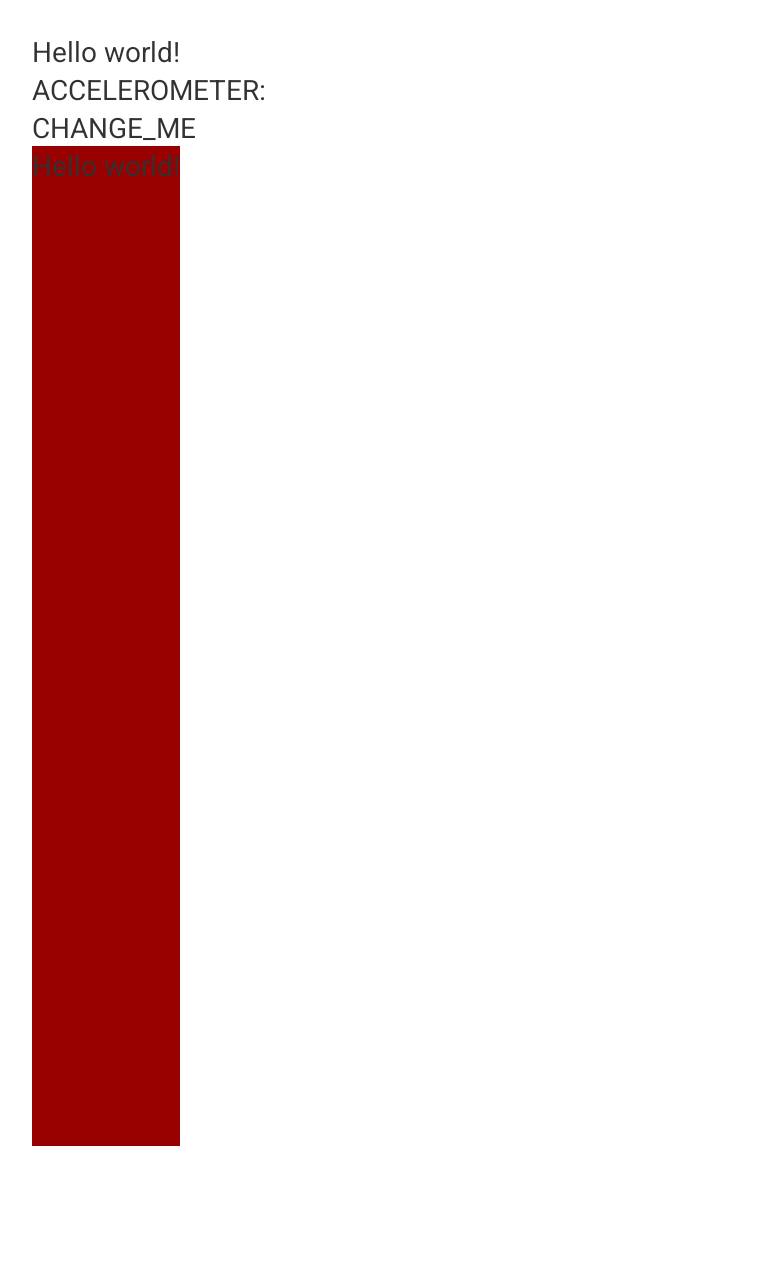
Repository: acrabb/soundcloudtest
Layout: HelloWorld/res/layout/activity_main.xml
These files come from the project's save history. The layout is drawn as it stood at one moment and after the next save; the edit follows.
It is drawn on a 768 x 1280 px phone screen (xhdpi) without system bars, with theme AppTheme; the app's code is not run.

Above is the layout before, as saved 2013-10-07 09:01:40.

After the next save:
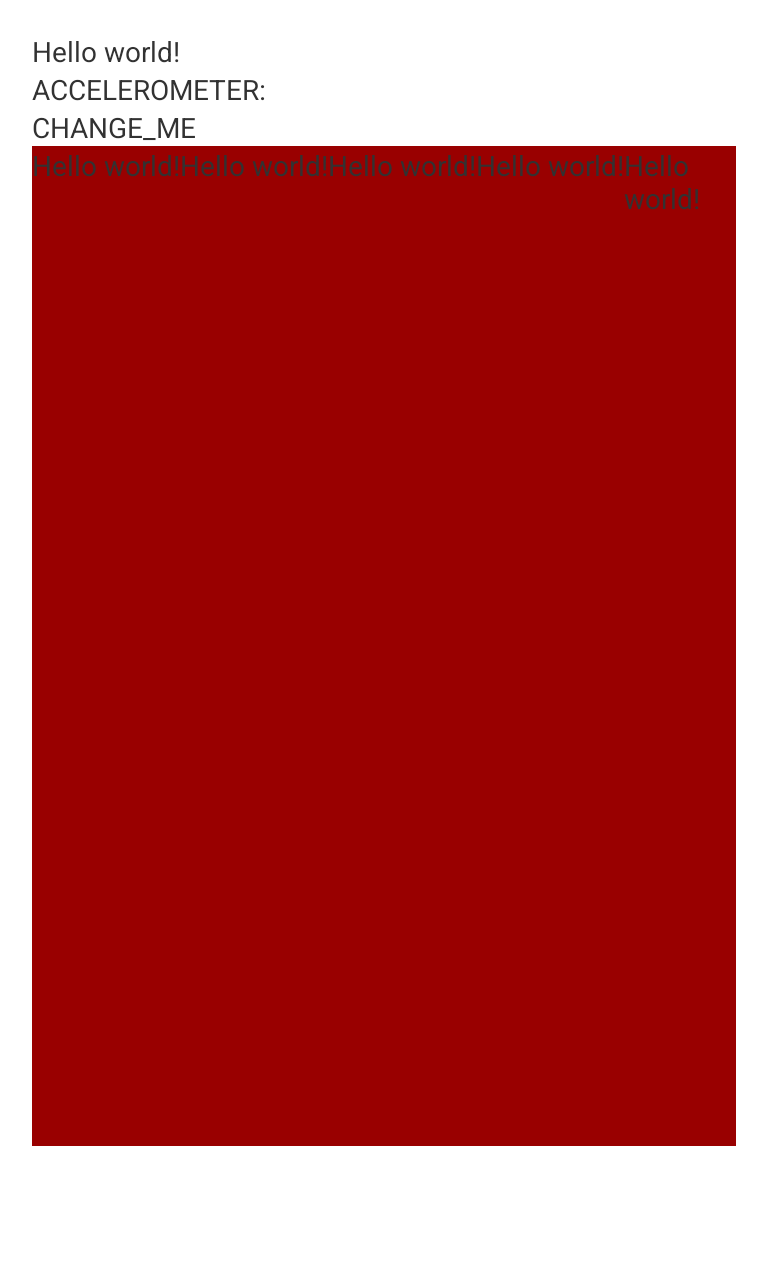
Saved 25 s later.
--- a/HelloWorld/res/layout/activity_main.xml
+++ b/HelloWorld/res/layout/activity_main.xml
@@ -41,6 +41,38 @@
 		        android:layout_width="wrap_content"
 		        android:layout_height="wrap_content"
 		        android:text="@string/hello_world" />
+            <TextView
+		        android:layout_width="wrap_content"
+		        android:layout_height="wrap_content"
+		        android:text="@string/hello_world" />
+            <TextView
+		        android:layout_width="wrap_content"
+		        android:layout_height="wrap_content"
+		        android:text="@string/hello_world" />
+            <TextView
+		        android:layout_width="wrap_content"
+		        android:layout_height="wrap_content"
+		        android:text="@string/hello_world" />
+            <TextView
+		        android:layout_width="wrap_content"
+		        android:layout_height="wrap_content"
+		        android:text="@string/hello_world" />
+            <TextView
+		        android:layout_width="wrap_content"
+		        android:layout_height="wrap_content"
+		        android:text="@string/hello_world" />
+            <TextView
+		        android:layout_width="wrap_content"
+		        android:layout_height="wrap_content"
+		        android:text="@string/hello_world" />
+            <TextView
+		        android:layout_width="wrap_content"
+		        android:layout_height="wrap_content"
+		        android:text="@string/hello_world" />
+            <TextView
+		        android:layout_width="wrap_content"
+		        android:layout_height="wrap_content"
+		        android:text="@string/hello_world" />
         </LinearLayout>
     </ScrollView>
 

After the save that followed:
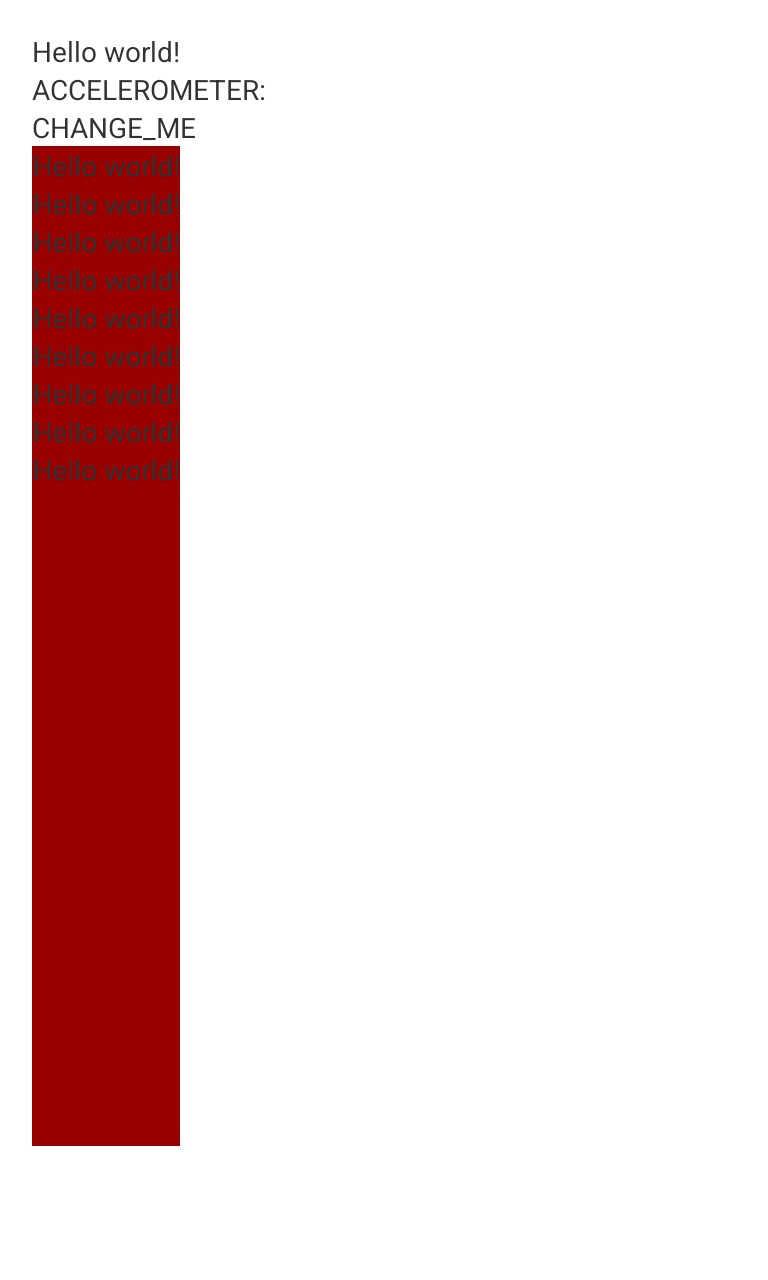
Saved 14 s later.
--- a/HelloWorld/res/layout/activity_main.xml
+++ b/HelloWorld/res/layout/activity_main.xml
@@ -36,6 +36,7 @@
         <LinearLayout
             android:layout_width="wrap_content"
 	        android:layout_height="wrap_content"
+	        android:orientation="vertical"
             >
             <TextView
 		        android:layout_width="wrap_content"
